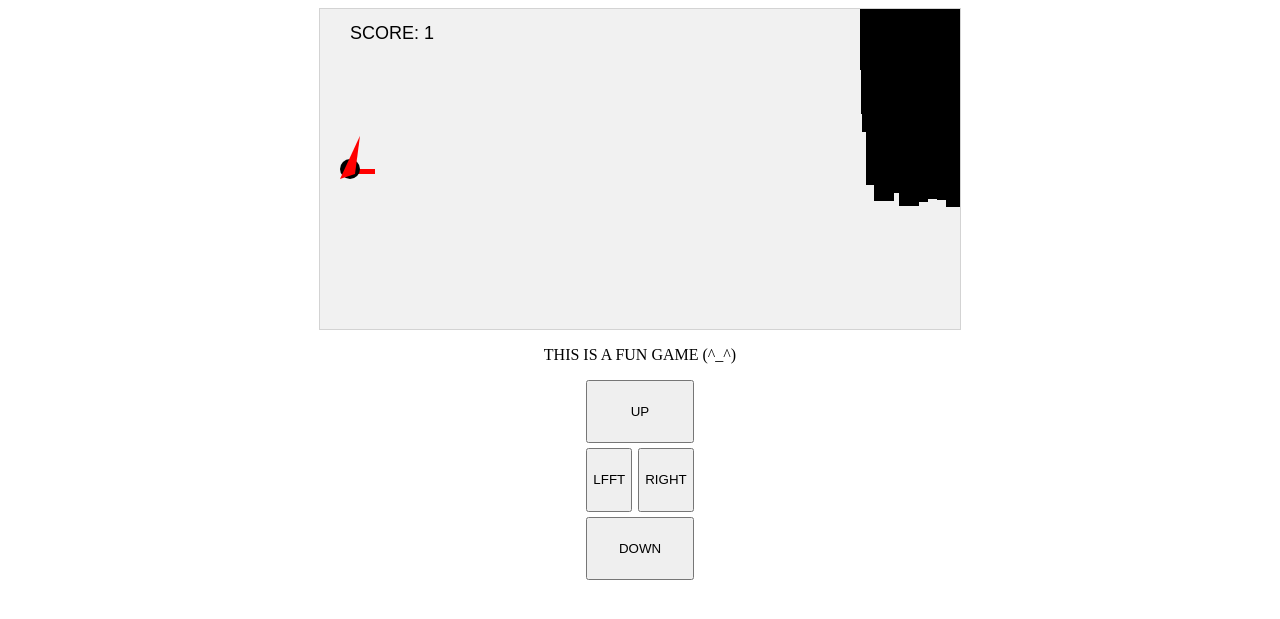
Repository: 0971638569/Game-javascript-canvas
Page: game-JAVASCRIPTS-HTML-CSS-CANVAS/index.html
The author's editor kept a copy of each file at every save. The page is drawn from the files as they stood at one save, then again after the next save.
The browser window is 1280 px wide. The pictures show the whole page.

Above is the page before, as saved 2022-11-16 17:50:31.

After the next save:
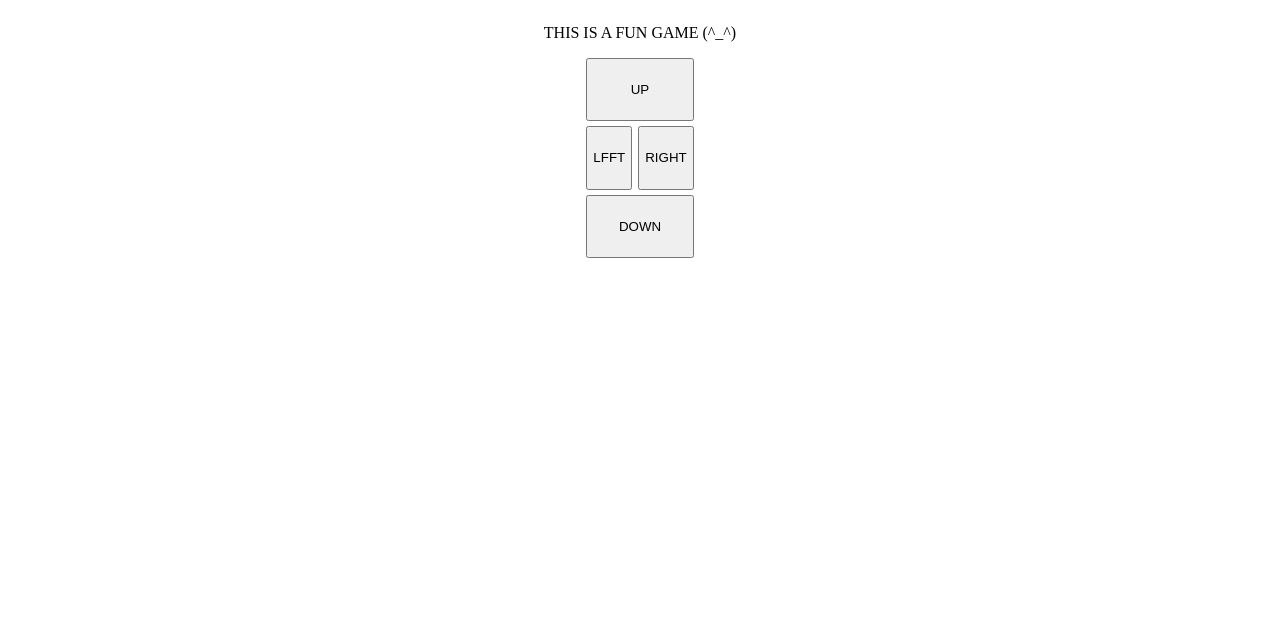
Console error: SyntaxError: Function statements require a function name
Saved 3 min 42 s later.
--- a/game-JAVASCRIPTS-HTML-CSS-CANVAS/game.js
+++ b/game-JAVASCRIPTS-HTML-CSS-CANVAS/game.js
@@ -99,14 +99,17 @@
 
 function gameUpdate() {
     let positionX, height, gap, minHeight, maxHeight, minGap, maxGap;
+
     wall.forEach(element => {
         if (bird.cashWith(element)) {
             gameObject.stop();
             return;
         }
     });
+
     gameObject.clear();
     gameObject.textScore = wallDistance(150) ? gameObject.textScore + 1 : gameObject.textScore;
+
     if ((gameObject.textScore === 1) || wallDistance(150)) {
         positionX = gameObject.canvas.width;
         minHeight = 20;
@@ -118,11 +121,13 @@
         wall.push(new DrawComponents(20, height, "black", 0, positionX, 0, "cylinder"));
         wall.push(new DrawComponents(20, 300, "red", 0, positionX, positionX + gap, "cylinder"));
     }
+
     wall.forEach((element, i) => {
         wall[i].positionX -= 1;
         wall[i].move();
         wall[i].update();
     });
+
     bird.flapping = setFlapping();
     score.text = "SCORE: " + gameObject.textScore;
     bird.move();
@@ -155,7 +160,7 @@
     bird.moveX = 2;
 }
 
-function clearMove() {
+function () {
     bird.moveX = 0;
     bird.moveY = 0;
 }
@@ -191,21 +196,21 @@
     if (name === "ArrowUp") {
         let upBtn = document.getElementById("up-btn");
         upBtn.classList.remove("btnActive");
-        moveUp();
+        clearMove();
     }
     if (name === "ArrowDown") {
         let downBtn = document.getElementById("down-btn");
         downBtn.classList.remove("btnActive");
-        moveDown();
+        clearMove();
     }
     if (name === "ArrowLeft") {
         let leftBtn = document.getElementById("left-btn");
         leftBtn.classList.remove("btnActive");
-        moveLeft();
+        clearMove();
     }
     if (name === "ArrowRight") {
         let rightBtn = document.getElementById("right-btn");
         rightBtn.classList.remove("btnActive");
-        moveRight();
+        clearMove();
     }
 }, false);

After the save that followed:
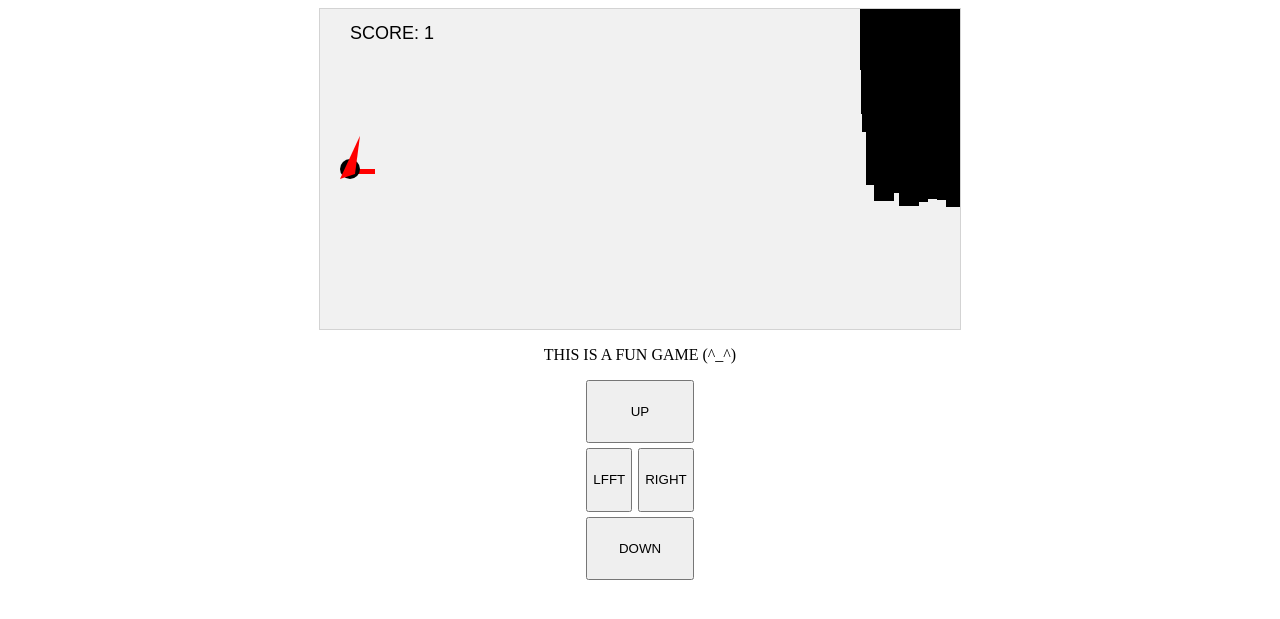
The error is gone.
Saved 9 s later.
--- a/game-JAVASCRIPTS-HTML-CSS-CANVAS/game.js
+++ b/game-JAVASCRIPTS-HTML-CSS-CANVAS/game.js
@@ -160,7 +160,7 @@
     bird.moveX = 2;
 }
 
-function () {
+function clearMove() {
     bird.moveX = 0;
     bird.moveY = 0;
 }
